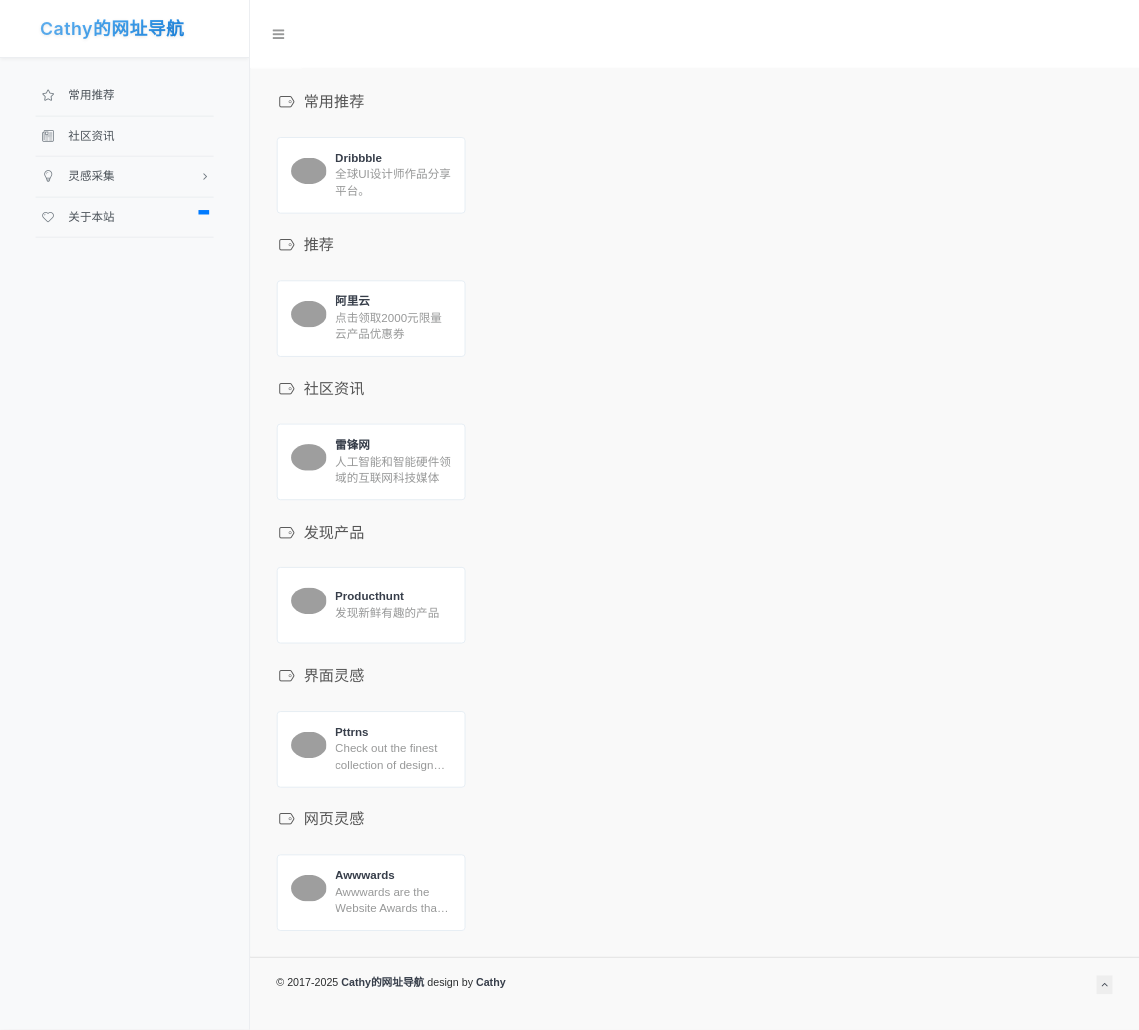
Repository: SweetPomelo0/AINav
Page: cn/index.html
An editor plug-in stored every save of this project. The page is shown before and after the next save, followed by the edit.
The browser window is 1280 px wide. The pictures show the whole page, at 89% of full size.
Pictures or frames that could not be fetched are drawn as grey boxes.

Above is the page before, as saved 2025-07-24 22:04:32.

After the next save:
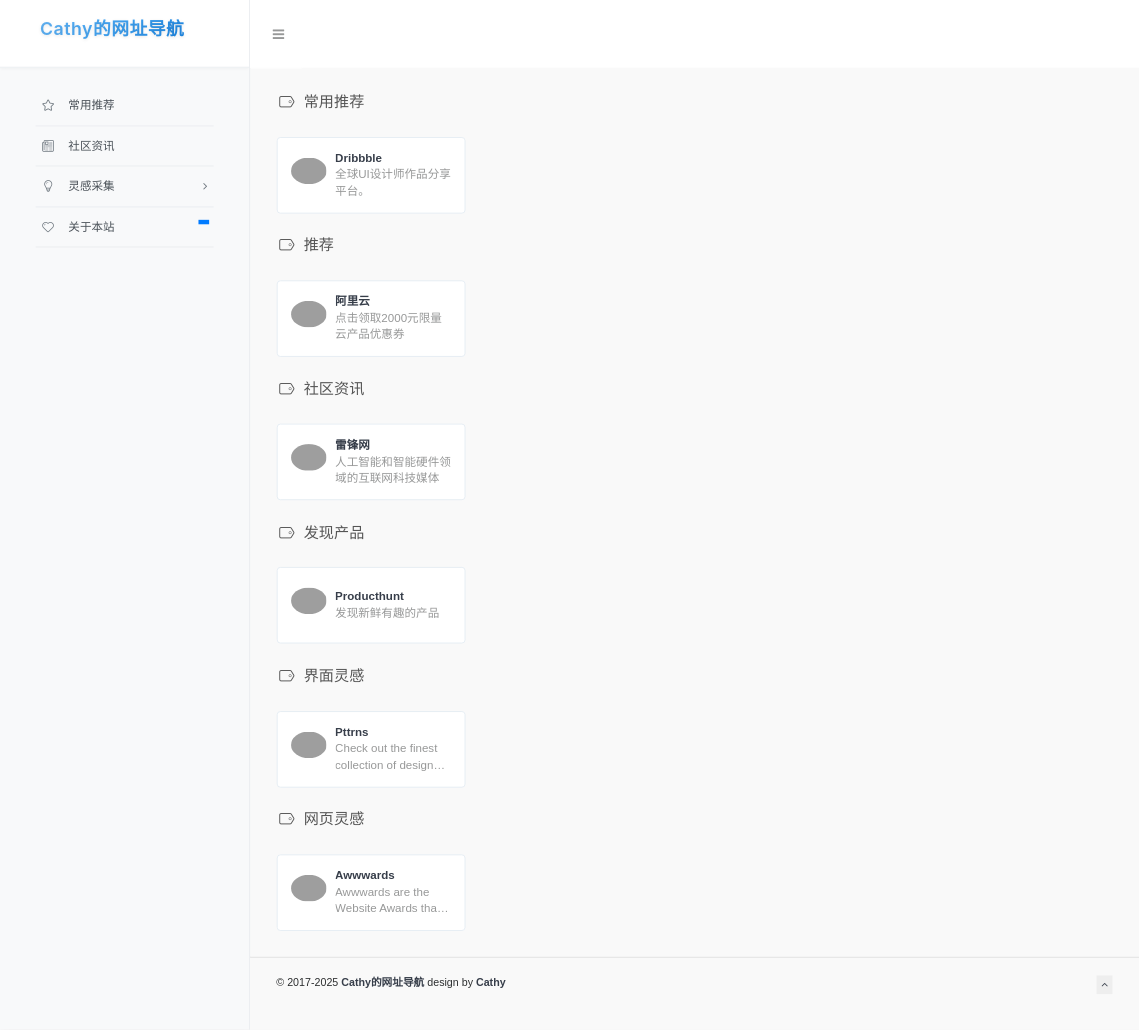
Saved 22 s later.
--- a/cn/index.html
+++ b/cn/index.html
@@ -125,6 +125,7 @@
          background: #ffffff;
          border-bottom: 1px solid #e9ecef !important;
          box-shadow: 0 2px 4px rgba(0,0,0,0.05);
+         height: 76px;
        }
 
        .sidebar-menu .main-menu a {

After the save that followed:
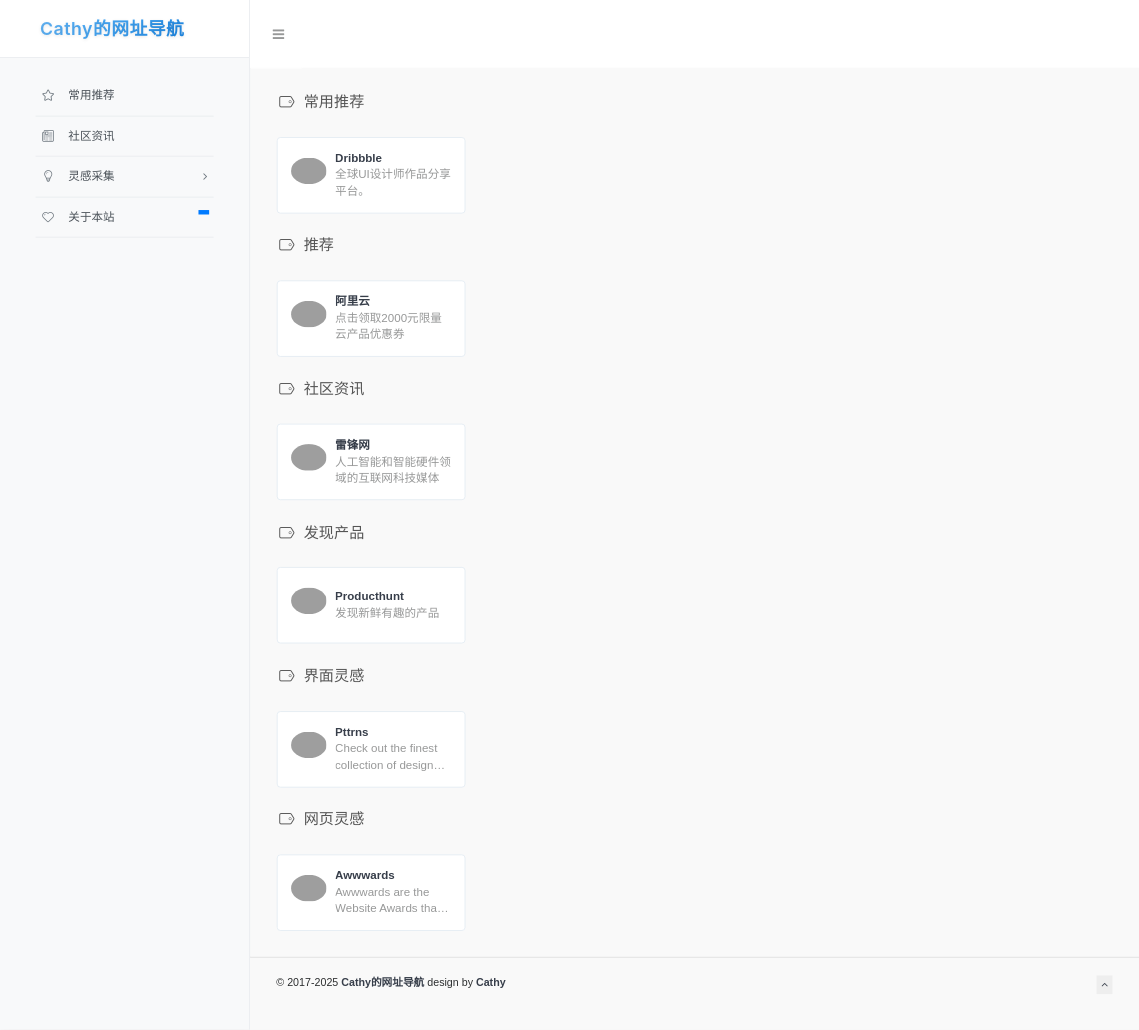
Saved 10 s later.
--- a/cn/index.html
+++ b/cn/index.html
@@ -124,7 +124,7 @@
        .sidebar-menu .logo-env {
          background: #ffffff;
          border-bottom: 1px solid #e9ecef !important;
-         box-shadow: 0 2px 4px rgba(0,0,0,0.05);
+         <!-- box-shadow: 0 2px 4px rgba(0,0,0,0.05); -->
          height: 76px;
        }
 
